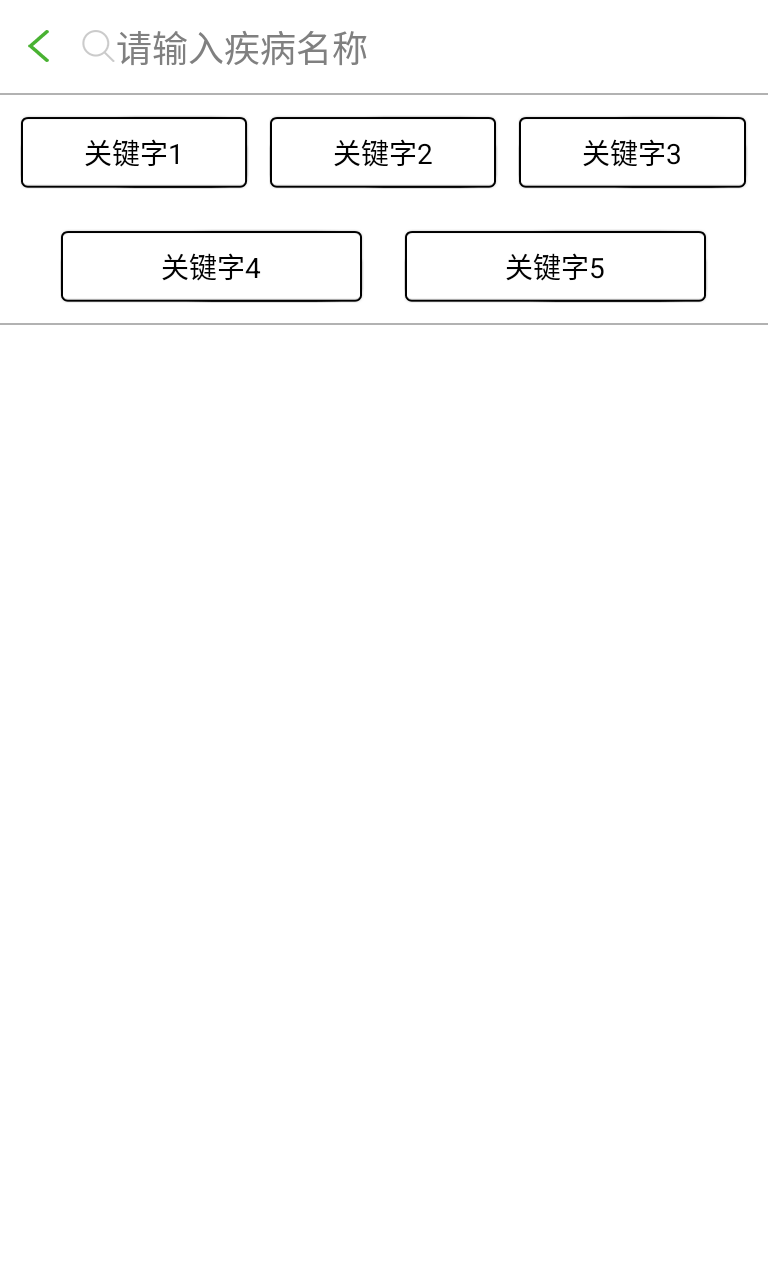
Repository: hjhlove110/XYApp
Layout: XYApp/res/layout/serache_view.xml
An editor plug-in stored every save of this project. The layout is shown before and after the next save, followed by the edit.
It is drawn on a 768 x 1280 px phone screen (xhdpi) without system bars, with theme Translucent; the app's code is not run.

Above is the layout before, as saved 2015-09-23 05:48:12.

### XYApp/res/layout/serache_view.xml
<LinearLayout xmlns:android="http://schemas.android.com/apk/res/android"
    android:layout_width="fill_parent"
    android:layout_height="fill_parent"
    android:background="#ffffff"
    android:orientation="vertical" >

    <LinearLayout
        android:layout_width="match_parent"
        android:layout_height="wrap_content"
        android:layout_margin="10dp"
        android:gravity="left|center_vertical"
        android:orientation="horizontal" >

        <ImageButton
            android:id="@+id/btnBack"
            android:layout_width="wrap_content"
            android:layout_height="wrap_content"
            android:background="@drawable/btn_back_selector" />

        <EditText
            android:id="@+id/title"
            android:layout_width="0dp"
            android:layout_height="wrap_content"
            android:layout_weight="1"
            android:paddingRight="10dp"
            android:background="#ffffff"
            android:drawableLeft="@drawable/serach1"
            android:gravity="center_vertical|left"
            android:hint="请输入疾病名称"
            android:paddingLeft="10dp"
            android:textColor="#49b233" />
    </LinearLayout>

    <View
        android:layout_width="match_parent"
        android:layout_height="1dp"
        android:background="#b2b2b2" />

    <LinearLayout
        android:layout_width="match_parent"
        android:layout_height="wrap_content"
        android:layout_margin="10dp"
        android:orientation="horizontal" >

        <Button
            android:id="@+id/btnMsg1"
            android:layout_width="0dp"
            android:layout_height="wrap_content"
            android:layout_weight="1"
            android:background="@drawable/edittext_back"
            android:paddingBottom="8dp"
            android:paddingTop="8dp"
            android:text="关键字1" />

        <Button
            android:id="@+id/btnMsg2"
            android:layout_width="0dp"
            android:layout_height="wrap_content"
            android:layout_marginLeft="10dp"
            android:layout_marginRight="10dp"
            android:layout_weight="1"
            android:background="@drawable/edittext_back"
            android:paddingBottom="8dp"
            android:paddingTop="8dp"
            android:text="关键字2" />

        <Button
            android:id="@+id/btnMsg3"
            android:layout_width="0dp"
            android:layout_height="wrap_content"
            android:layout_weight="1"
            android:background="@drawable/edittext_back"
            android:paddingBottom="8dp"
            android:paddingTop="8dp"
            android:text="关键字3" />
    </LinearLayout>

    <LinearLayout
        android:layout_width="match_parent"
        android:layout_height="wrap_content"
        android:layout_margin="10dp"
        android:orientation="horizontal" >

        <Button
            android:id="@+id/btnMsg4"
            android:layout_width="0dp"
            android:layout_height="wrap_content"
            android:layout_marginLeft="20dp"
            android:layout_weight="1"
            android:background="@drawable/edittext_back"
            android:paddingBottom="8dp"
            android:paddingTop="8dp"
            android:text="关键字4" />

        <Button
            android:id="@+id/btnMsg5"
            android:layout_width="0dp"
            android:layout_height="wrap_content"
            android:layout_marginLeft="20dp"
            android:layout_marginRight="20dp"
            android:layout_weight="1"
            android:background="@drawable/edittext_back"
            android:paddingBottom="8dp"
            android:paddingTop="8dp"
            android:text="关键字5" />
    </LinearLayout>

    <View
        android:layout_width="match_parent"
        android:layout_height="1dp"
        android:background="#b2b2b2" />

</LinearLayout>

### XYApp/res/values/styles.xml
<resources>

    <!--
        Base application theme, dependent on API level. This theme is replaced
        by AppBaseTheme from res/values-vXX/styles.xml on newer devices.



    -->
    <style name="AppBaseTheme" parent="Theme.AppCompat.Light">
        <!--
            Theme customizations available in newer API levels can go in
            res/values-vXX/styles.xml, while customizations related to
            backward-compatibility can go here.



        -->
    </style>

    <!-- Application theme. -->
    <style name="AppTheme" parent="AppBaseTheme">

        <!-- All customizations that are NOT specific to a particular API-level can go here. -->
        <item name="android:windowNoTitle">true</item>
    </style>

    <style name="CheckBoxMain">
        <item name="android:button">@null</item>
        <item name="android:paddingTop">12dip</item>
        <item name="android:gravity">center</item>
        <item name="android:background">@drawable/bg_mune</item>
        <item name="android:textSize">14sp</item>
        <item name="android:textColor">#656565</item>
        <item name="android:layout_width">0dip</item>
        <item name="android:layout_height">wrap_content</item>
        <item name="android:layout_weight">1</item>
    </style>

    <style name="Translucent" parent="@android:style/Theme.Translucent">
        <item name="android:windowNoTitle">true</item>
        <item name="android:windowIsFloating">true</item>
        <item name="android:windowIsTranslucent">true</item>
        <item name="android:windowContentOverlay">@null</item>
        <item name="android:windowAnimationStyle">@android:style/Animation.Dialog</item>
        <item name="android:backgroundDimEnabled">true</item>
    </style>

</resources>

### XYApp/res/drawable/btn_back_selector.xml
<?xml version="1.0" encoding="UTF-8"?>
<selector xmlns:android="http://schemas.android.com/apk/res/android">

    <item android:drawable="@drawable/l_back_p" android:state_checked="true"/>
    <item android:drawable="@drawable/l_back_p" android:state_pressed="true"/>
    <item android:drawable="@drawable/l_back"/>

</selector>

After the next save:
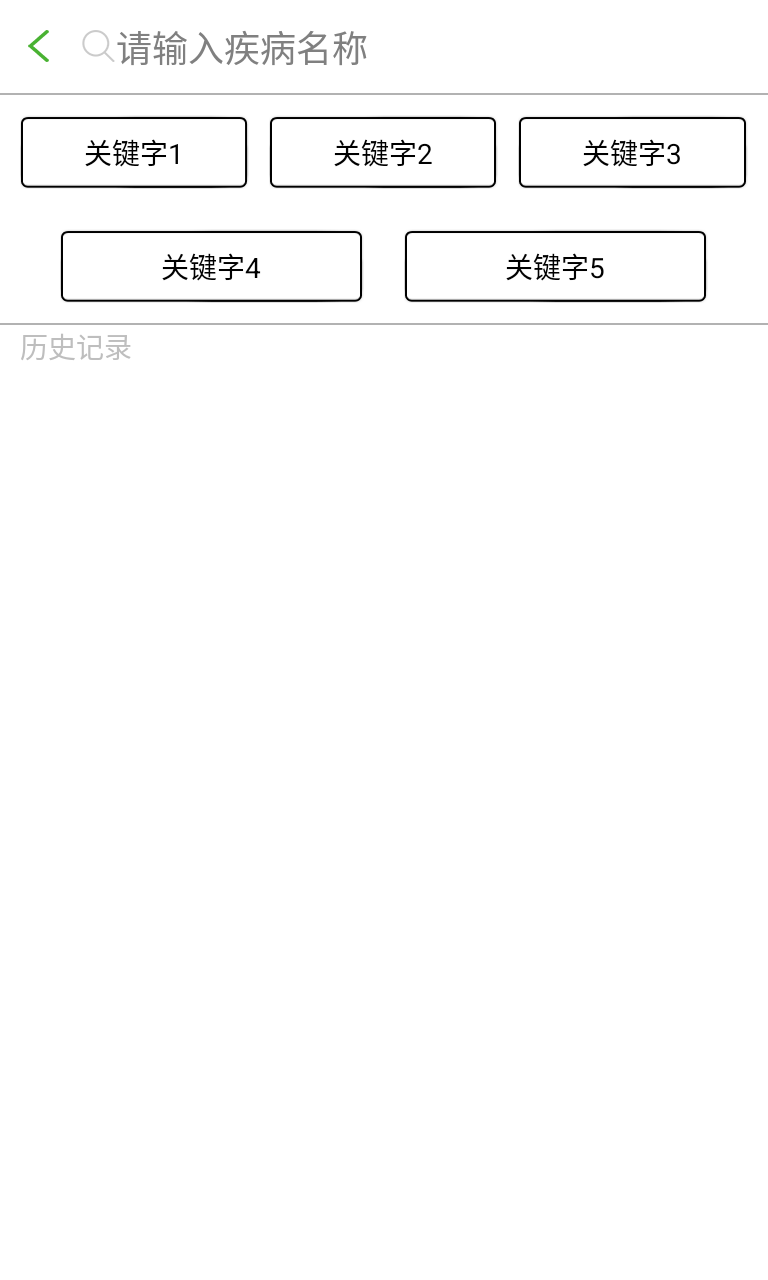
Saved 97 s later.
--- a/XYApp/res/layout/serache_view.xml
+++ b/XYApp/res/layout/serache_view.xml
@@ -110,4 +110,10 @@
         android:layout_height="1dp"
         android:background="#b2b2b2" />
 
+    <TextView
+        android:layout_width="match_parent"
+        android:layout_height="wrap_content"
+        android:paddingLeft="10dp"
+        android:text="历史记录" />
+
 </LinearLayout>
